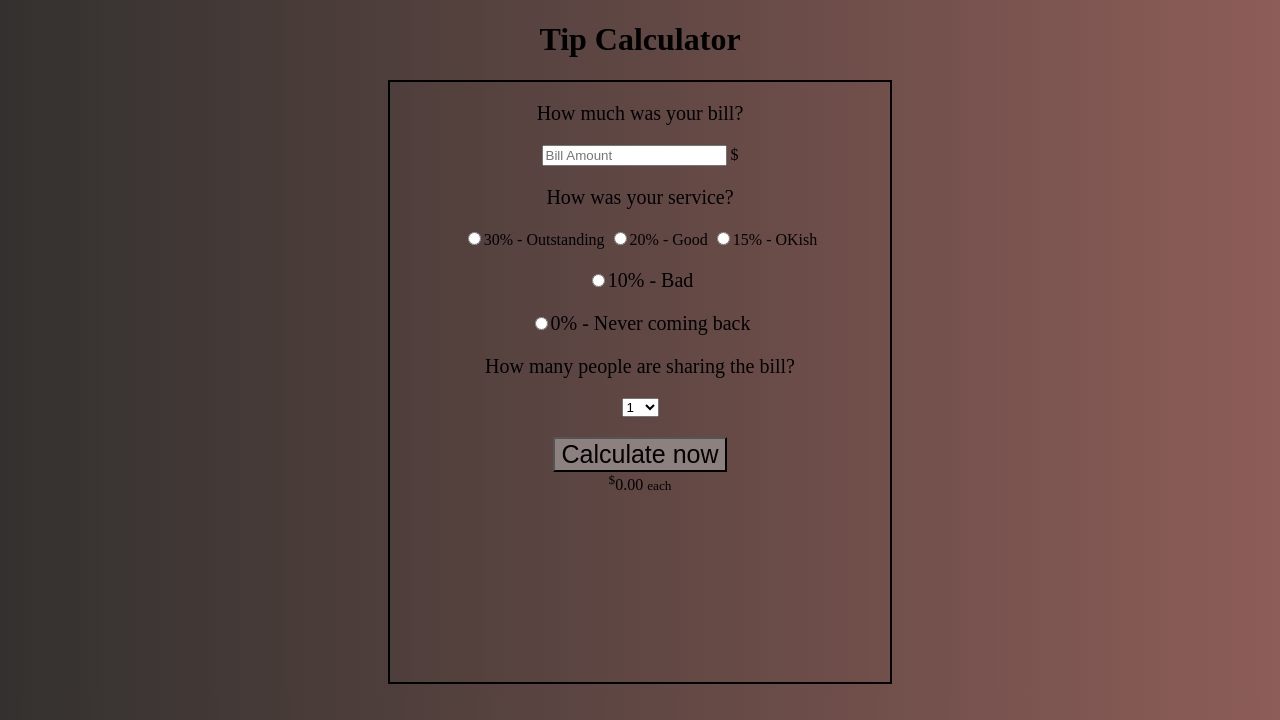
Repository: NiutaR/tip-calculator
Page: index.html
An editor plug-in stored every save of this project. The page is shown before and after a run of saves, followed by the edit.
The browser window is 1280 px wide. The pictures show the whole page.

Above is the page before, as saved 2021-07-28 17:48:58.

### index.html
<!DOCTYPE html>
<html lang="en">

<head>
    <meta charset="UTF-8">
    <meta http-equiv="X-UA-Compatible" content="IE=edge">
    <meta name="viewport" content="width=device-width, initial-scale=1.0">
    <link rel="stylesheet" href="style.css">
    <title>Tip Calculator</title>
</head>

<body>

    <!--<div id="container">
        <h1>Tip Calculator</h1>
        <div id="calculator">


            <form>
                <p>How much was your bill?
                <p>
                    $ <input id="billamt" type="text" placeholder="Bill Amount">

                <p>How was your service?
                <p>
                    <select id="serviceQual">
                        <option disabled selected value="0">-- Choose an Option --</option>
                        <option value="0.3">30&#37; &#45; Outstanding</option>
                        <option value="0.2">20&#37; &#45; Good</option>
                        <option value="0.15">15&#37; &#45; It was OK</option>
                        <option value="0.1">10&#37; &#45; Bad</option>
                        <option value="0.05">5&#37; &#45; Terrible</option>
                    </select>

            </form>
            <p>How many people are sharing the bill?</p>
            <input id="peopleamt" type="text" placeholder="Number of People"> people
            <button type="button" id="calculate">Calculate!</button>

        </div>-->




   <div id="calculator">
       <h1>Tip Calculator</h1>
            <form id="mainForm">
                <p>How much was your bill?</p>
                <input id="amount" type="text" placeholder="Bill Amount" value=""> $
                <p>How was your service?</p>
                <label><input name="service" type="radio" value="0.3">30&#37 - Outstanding</label>
                <label><input name="service" type="radio" value="0.2">20&#37 - Good</label>
                <label><input name="service" type="radio" value="0.15">15&#37 - OKish</label>
                <p><input name="service" type="radio" value="0.1">10&#37 - Bad</p>
                <p><input name="service" type="radio" value="0.05">0&#37 - Never coming back</p>
                <p>How many people are sharing the bill?</p>
                <select id="person">
                    <option value="1">1</option>
                    <option value="2">2</option>
                    <option value="3">3</option>
                    <option value="4">4</option>
                    <option value="5">5</option>
                    <option value="6">6</option>
                    <option value="7">7</option>
                    <option value="8">8</option>
                    <option value="9">9</option>
                    <option value="10">10</option>
                </select>
                <br>
                <button onclick="TotalBillAmount()" id="btn">Calculate now</button>


            <div id="totalTip">
                <sup>$</sup><span id="tip">0.00</span>
                <small id="each">each</small>
            </div>
        </form>
        </div>
    <script src="index.js"></script>
</body>

</html>

### style.css
body {
    background: coral;
    background: -webkit-linear-gradient(to left, #8d817f, #cecac5);
    /* Chrome 10-25, Safari 5.1-6 */
    background: linear-gradient(to left, #8d5d58, #33312f);
}

h1 {
    text-align: center;
}
#mainForm {
    text-align: center;
    border: 2px solid black;
    width: 500px;
    height: 600px;
    margin: 0 auto;
}
p {
    font-size: 20px;
}
button {
    font-size: 25px;
    margin-top: 20px;
    background-color: #8d817f;
    box-sizing: border-box;


}
button:before {
    content:'';
    position: absolute;
    top: 0;
    left: 0;
    width: 0;
    height: 42px;
    background: rgba(59, 21, 21, 0.3);
    border-radius: 5px;
    transition: all 2s ease;
}
button:hover:before {
	width: 100%;
}

### index.js
/*Your project should have a button Calculate that will return the Tip value for each person based on next calculation:
(TotalBillAmount * ServiceLevel)/NumberOfPersons  */

//const TotalBillAmount = document.getElementById('amount');

/*function ServiceLevel() {
    let radioBtn = document.getElementById('service');
    for(let i = 0; i < radioBtn.length; i++) {
        if(radioBtn[i].checked) {

        }
    }
}*/
//getting values fro radio buttons
/*const calculate = document.getElementById('btn');
document.btn.onclick = function() {
    let ServiceLevel = document.querySelector('input[name = service]:checked').value;
    totalTip.innerHTML = "Your bil" + ServiceLevel;
}*/


/*function NumberOfPersons() {
    let select = document.getElementById('person');
    let value = select.options[select.selectedIndex].value;
    console.log(value);
}

function calculate() {
    return (TotalBillAmount * ServiceLevel) / NumberOfPersons;
}
console.log(calculate());*/

function calculateTip() {
    let totalBillAmount = document.getElementById(amount);
    let serviceLevel = document.getElementById()
}

After the next 4 saves:
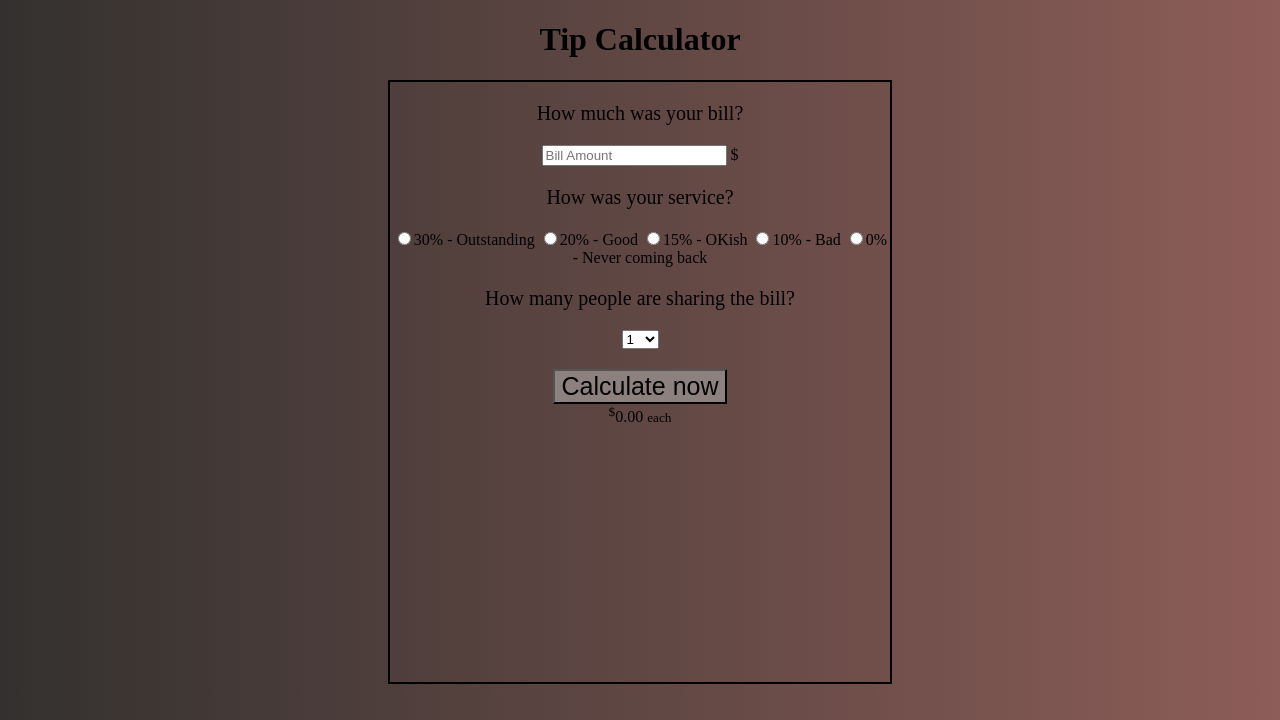
The 4 saves are shown as one change because they came seconds apart.
The last was saved 22 s later.
--- a/index.html
+++ b/index.html
@@ -51,8 +51,8 @@
                 <label><input name="service" type="radio" value="0.3">30&#37 - Outstanding</label>
                 <label><input name="service" type="radio" value="0.2">20&#37 - Good</label>
                 <label><input name="service" type="radio" value="0.15">15&#37 - OKish</label>
-                <p><input name="service" type="radio" value="0.1">10&#37 - Bad</p>
-                <p><input name="service" type="radio" value="0.05">0&#37 - Never coming back</p>
+                <label><input name="service" type="radio" value="0.1">10&#37 - Bad</label>
+                <label><input name="service" type="radio" value="0.05">0&#37 - Never coming back</label>
                 <p>How many people are sharing the bill?</p>
                 <select id="person">
                     <option value="1">1</option>
